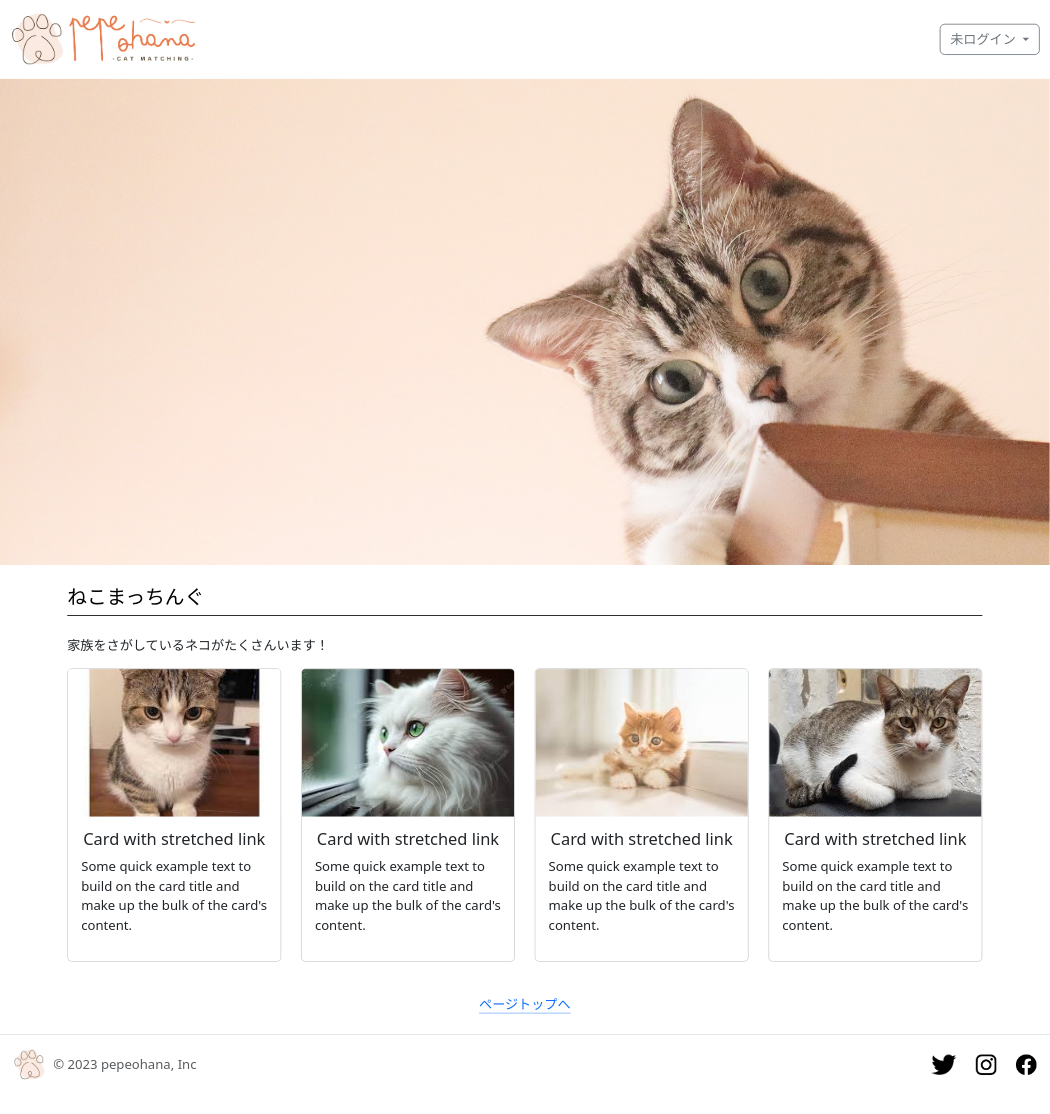
Repository: sakuwell/pepe
Page: http://localhost/PepeOhana/
The author's editor kept a copy of each file at every save. The page is drawn from the files as they stood at one save, then again after the next save.
The browser window is 1280 px wide. The pictures show the whole page, at 82% of full size.
The page is served by Tomcat 9. Other server files are loaded and not shown.

Above is the page before, as saved 2023-09-06 04:55:47.

### ExWorkSpace/PepeOhana/src/main/webapp/index.jsp
<%@ page language="java" contentType="text/html; charset=UTF-8"
    pageEncoding="UTF-8"%>
<%@ page import="model.UsersInfoDto" %>

<!DOCTYPE html>
<html lang="ja">
<head>
    <meta charset="UTF-8">
    <meta name="viewport" content="width=device-width, initial-scale=1.0">
    <!-- Bootstrap CSS -->
    <link href="https://cdn.jsdelivr.net/npm/bootstrap@5.3.0/dist/css/bootstrap.min.css" rel="stylesheet" integrity="sha384-9ndCyUaIbzAi2FUVXJi0CjmCapSmO7SnpJef0486qhLnuZ2cdeRhO02iuK6FUUVM" crossorigin="anonymous">
    <script src="https://cdn.jsdelivr.net/npm/bootstrap@5.3.0/dist/js/bootstrap.bundle.min.js" integrity="sha384-geWF76RCwLtnZ8qwWowPQNguL3RmwHVBC9FhGdlKrxdiJJigb/j/68SIy3Te4Bkz" crossorigin="anonymous"></script>
    <title>Top | pepeohana</title>
</head>

<%
    // セッションを取得
	UsersInfoDto userInfoOnSession = (UsersInfoDto)session.getAttribute("LOGIN_INFO");
	boolean isLoggedIn = false;
	String userName = "";
	//HttpSession mysession = request.getSession(true);

    // セッションが存在し、username属性もセットされている場合はログイン済み
    if (userInfoOnSession != null) {
		userName = userInfoOnSession.getUserName();
        isLoggedIn = true;
    }
%>

<body>
	<% if (isLoggedIn) { %>
    <!-- ログイン済ヘッダー -->
    <nav class="navbar navbar-expand-lg navbar-light bg-white">
        <div class="container-fluid">
            <a class="navbar-brand" href="index.jsp">
                <img src="images/pepe_ohana_logo.png" alt="ページロゴ" width="auto" height="70">
            </a>
            <div class="btn-group">
                <button type="button" class="btn btn-secondary dropdown-toggle" data-bs-toggle="dropdown" aria-expanded="false">
                    userName
                </button>
                <ul class="dropdown-menu dropdown-menu-end">
                    <li><a class="dropdown-item" href="<%=request.getContextPath()%>/ExeMyPage">マイページ</a></li>
                    <li><a class="dropdown-item" href="<%=request.getContextPath()%>/ExeLogout">ログアウト</a></li>
                </ul>
            </div>
        </div>
    </nav>
    <!-- ログイン済ヘッダーここまで -->
    <% } else { %>
    <!-- 未ログインヘッダー -->
    <nav class="navbar navbar-expand-lg navbar-light bg-white">
    	<div class="container-fluid">
        	<a class="navbar-brand" href="index.jsp">
          		<img src="images/pepe_ohana_logo.png" alt="ページロゴ" width="auto" height="70">
          	</a>
         	<div class="btn-group">
            	<button type="button" class="btn btn-outline-secondary dropdown-toggle" data-bs-toggle="dropdown" aria-expanded="false">
             		 未ログイン
            	</button>
            	<ul class="dropdown-menu dropdown-menu-end">
              		<li><a class="dropdown-item" href="jsp/Login.jsp">ログイン</a></li>
              		<li><a class="dropdown-item" href="jsp/registUser.jsp">新規ユーザー登録</a></li>
            	</ul>
          	</div>
        </div>
    </nav>
    <!-- 未ログインヘッダーここまで -->
    <% } %>


    <!-- ヒーロー画像 -->
    <img class="img-fluid mb-4" src="images/hero_index.jpg"  alt="index画像" style="max-height:600px; width:100%; object-fit: cover;">

    <!-- ここから下　ページごとの内容 -->
    <div>
        <!-- 検索フォームゾーン -->
        <div class="container">
            <div class="h4 pb-2 mb-4 text-black border-bottom border-black">
                ねこまっちんぐ
            </div>
                <p>家族をさがしているネコがたくさんいます！</p>
            <!-- 猫カード -->
            <div class="row">
               <!-- カードのコンテンツ -->
               <div class="col-6 col-md-4 col-lg-3">
                    <div class="card mb-3">
                    	<img src="images/cat_1.jpg" style="height:180px; width: 100%; object-fit: cover;" class="card-img-top" alt="猫画像">
                        <div class="card-body">
                            <h5 class="card-title text-center">Card with stretched link</h5>
                            <p class="card-text text-right">Some quick example text to build on the card title and make up the bulk of the card's content.</p>
                            <div class="d-flex justify-content-center">
                                <a href="#" class="stretched-link"></a>
                            </div>
                        </div>
                    </div>
                </div>
               <!-- カードのコンテンツ -->
               <div class="col-6 col-md-4 col-lg-3">
                    <div class="card mb-3">
                    	<img src="images/cat_2.jpg" style="height:180px; width: 100%; object-fit: cover;" class="card-img-top" alt="猫画像">
                        <div class="card-body">
                            <h5 class="card-title text-center">Card with stretched link</h5>
                            <p class="card-text text-right">Some quick example text to build on the card title and make up the bulk of the card's content.</p>
                            <div class="d-flex justify-content-center">
                                <a href="#" class="stretched-link"></a>
                            </div>
                        </div>
                    </div>
                </div>
               <!-- カードのコンテンツ -->
               <div class="col-6 col-md-4 col-lg-3">
                    <div class="card mb-3">
                    	<img src="images/cat_3.jpg" style="height:180px; width: 100%; object-fit: cover;" class="card-img-top" alt="猫画像">
                        <div class="card-body">
                            <h5 class="card-title text-center">Card with stretched link</h5>
                            <p class="card-text text-right">Some quick example text to build on the card title and make up the bulk of the card's content.</p>
                            <div class="d-flex justify-content-center">
                                <a href="#" class="stretched-link"></a>
                            </div>
                        </div>
                    </div>
                </div>
               <!-- カードのコンテンツ -->
               <div class="col-6 col-md-4 col-lg-3">
                    <div class="card mb-3">
                    	<img src="images/cat_4.jpg" style="height:180px; width: 100%; object-fit: cover;" class="card-img-top" alt="猫画像">
                        <div class="card-body">
                            <h5 class="card-title text-center">Card with stretched link</h5>
                            <p class="card-text text-right">Some quick example text to build on the card title and make up the bulk of the card's content.</p>
                            <div class="d-flex justify-content-center">
                                <a href="#" class="stretched-link"></a>
                            </div>
                        </div>
                    </div>
                </div>
            </div>
        </div>
    </div>
    <!-- ここまで　ページごとの内容 -->

    <!-- フッター -->
    <div class="text-center mt-4">
        <a class="icon-link icon-link-hover" href="#">
            ページトップへ
        </a>
	</div>
	<footer class="d-flex flex-wrap justify-content-between align-items-center py-3 my-4 border-top">
    	<div class="col-md-4 d-flex align-items-center ms-3">
        	<a href="index.jsp" class="mb-3 me-2 mb-md-0"><img alt="ロゴ画像" src="images/nikukyu_logo.png" width="auto" height="40"></a>
          	<span class="mb-3 mb-md-0 text-body-secondary">© 2023 pepeohana, Inc</span>
        </div>
        <ul class="nav col-md-4 justify-content-end list-unstyled d-flex me-3">
            <li><a href="#"><img src=images/twitter_logo.png width="auto" height="25"></a></li>
            <li class="ms-4"><a href="#"><img src=images/insta_logo.png width="auto" height="25"></a></li>
            <li class="ms-4"><a href="#"><img src=images/facebook_logo.png width="auto" height="25"></a></li>
        </ul>
	</footer>
    <!-- フッター　ここまで -->

</body>
</html>

After the next save:
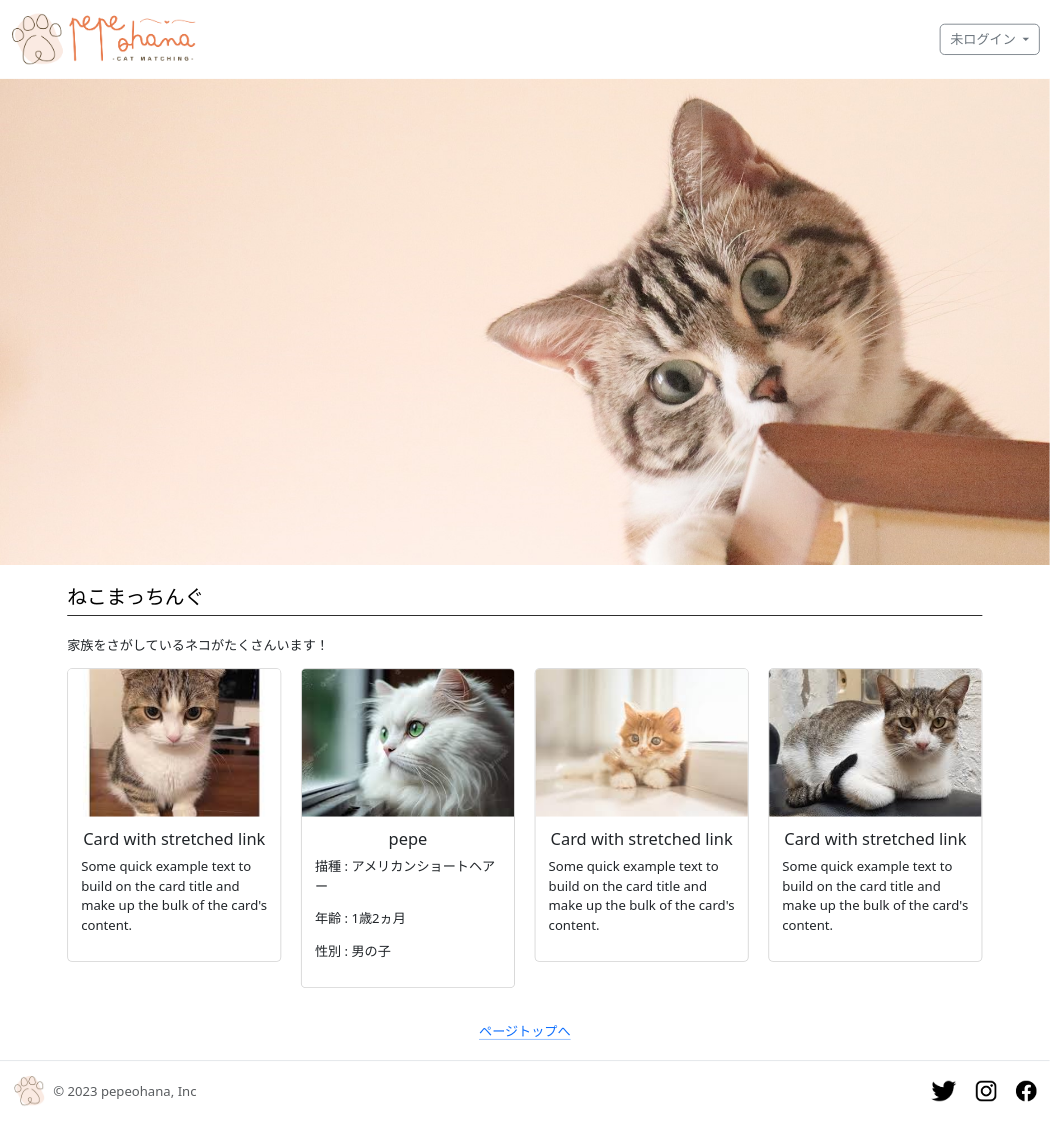
Saved 2 min 47 s later.
--- a/ExWorkSpace/PepeOhana/src/main/webapp/index.jsp
+++ b/ExWorkSpace/PepeOhana/src/main/webapp/index.jsp
@@ -100,8 +100,10 @@
                     <div class="card mb-3">
                     	<img src="images/cat_2.jpg" style="height:180px; width: 100%; object-fit: cover;" class="card-img-top" alt="猫画像">
                         <div class="card-body">
-                            <h5 class="card-title text-center">Card with stretched link</h5>
-                            <p class="card-text text-right">Some quick example text to build on the card title and make up the bulk of the card's content.</p>
+                            <h5 class="card-title text-center">pepe</h5>
+                            <p class="card-text text-right">描種 : アメリカンショートヘアー</p>
+                            <p class="card-text text-right">年齢 : 1歳2ヵ月</p>
+                            <p class="card-text text-right">性別 : 男の子</p>
                             <div class="d-flex justify-content-center">
                                 <a href="#" class="stretched-link"></a>
                             </div>
